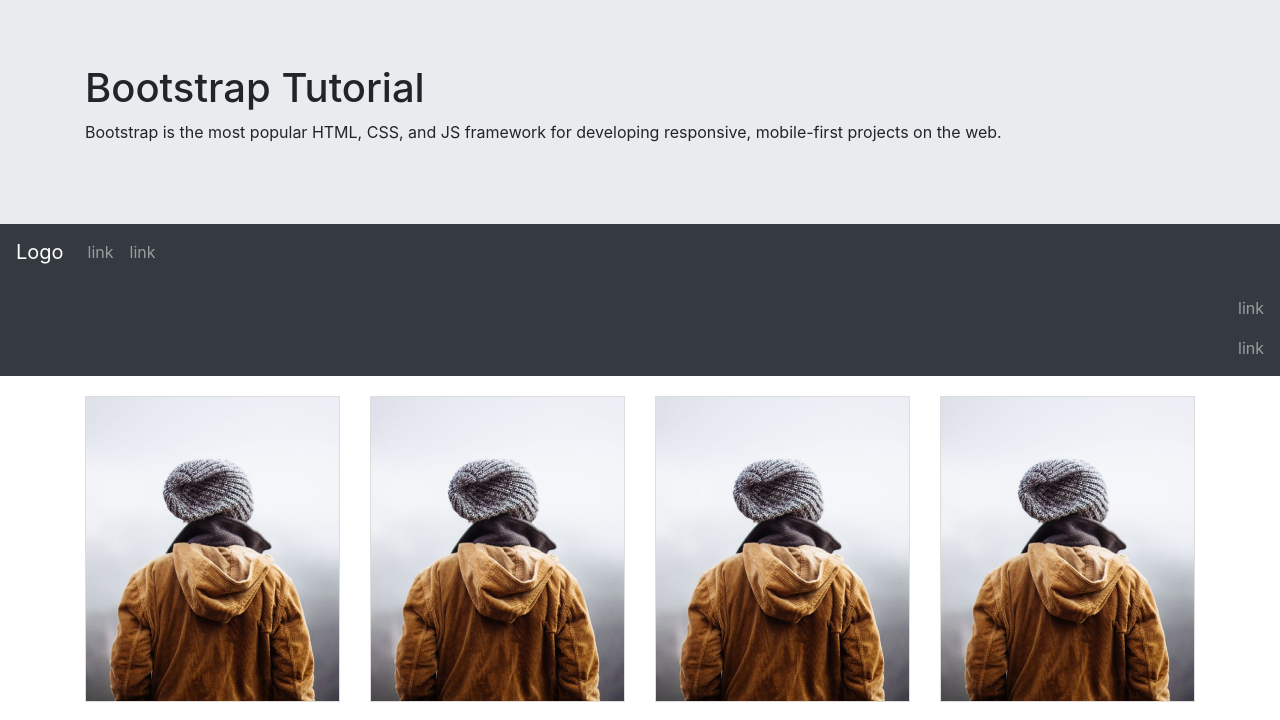
Repository: jwsimhj97/jwork_n
Page: JSPProject/WebContent/03-08/bootexam.html
An editor plug-in stored every save of this project. The page is shown before and after the next save, followed by the edit.
The browser window is 1280 px wide. The pictures show the whole page.

Above is the page before, as saved 2022-03-08 06:48:03.

### JSPProject/WebContent/03-08/bootexam.html
<!DOCTYPE html>
<html lang="en">
<head>
  <title>Bootstrap Example</title>
  <meta charset="utf-8">
  <meta name="viewport" content="width=device-width, initial-scale=1">
  <link rel="stylesheet" href="https://cdn.jsdelivr.net/npm/bootstrap@4.6.1/dist/css/bootstrap.min.css">
  <link rel="stylesheet" href="https://use.fontawesome.com/releases/v5.7.0/css/all.css" integrity="sha384-lZN37f5QGtY3VHgisS14W3ExzMWZxybE1SJSEsQp9S+oqd12jhcu+A56Ebc1zFSJ" crossorigin="anonymous">
  <script src="https://cdn.jsdelivr.net/npm/jquery@3.5.1/dist/jquery.slim.min.js"></script>
  <script src="https://cdn.jsdelivr.net/npm/popper.js@1.16.1/dist/umd/popper.min.js"></script>
  <script src="https://cdn.jsdelivr.net/npm/bootstrap@4.6.1/dist/js/bootstrap.bundle.min.js"></script>
  <style>
  	.jumbotron{margin-bottom:0px !important;}
  	img{width:100%; margin-top:20px; border:1px solid #ddd;}
  	.smNav {-webkit-justify-content: space-between !important; justify-content: space-between !important;}
  	.subNav{-webkit-justify-content: flex-end; justify-content: flex-end;}

  	/*lg사이즈 보다 작을 때(미만)*/
  	@media screen and (max-width:992px){
  		#lgNav{display:none;}
  		#smNav{visibility:visible;}
  		.jumbotron{display:none;}
  	}
  	/*lg사이즈 보다 클 때(이상)*/
  	@media screen and (min-width:992px){
  		#lgNav{visibility:visible;}
  		#smNav{display:none;}
  	}
  </style>
</head>
<body>

<div class="jumbotron jumbotron-fluid">
  <div class="container">
    <h1>Bootstrap Tutorial</h1>
    <p>Bootstrap is the most popular HTML, CSS, and JS framework for developing responsive, mobile-first projects on the web.</p>
  </div>
</div>

<div id="lgNav">
	<nav class="lgNav navbar navbar-expand-sm bg-dark navbar-dark sticky-top">
	  <a class="navbar-brand" href="#">Logo</a>
	  <ul class="navbar-nav">
	    <li class="nav-item">
	      <a class="nav-link" href="#">link</a>
	    </li>
	    <li class="nav-item">
	      <a class="nav-link" href="#">link</a>
	    </li>
	  </ul>
	</nav>
</div>

<div id="smNav">
	<nav class="smNav navbar navbar-expand-sm bg-dark navbar-dark sticky-top">
	  <a class="navbar-brand" href="#">Logo</a>
	  <ul class="navbar-nav">
	    <li class="nav-item">
	      <a class="nav-link" href="#"><i class="fas fa-bars"></i></a>
	    </li>
	  </ul>
	</nav>
</div>

<div id="subNav">
	<nav class="subNav navbar bg-dark navbar-dark">
	  <ul class="navbar-nav">
	    <li class="nav-item">
	      <a class="nav-link" href="#">link</a>
	    </li>
	    <li class="nav-item">
	      <a class="nav-link" href="#">link</a>
	    </li>
	  </ul>
	</nav>
</div>


<div class="container">
  <div class="row">
    <div class="col-sm-3"><img src="img/img_girl.jpg"></div>
    <div class="col-sm-3"><img src="img/img_girl.jpg"></div>
    <div class="col-sm-3"><img src="img/img_girl.jpg"></div>
    <div class="col-sm-3"><img src="img/img_girl.jpg"></div>
  </div>
</div>


</body>
</html>

After the next save:
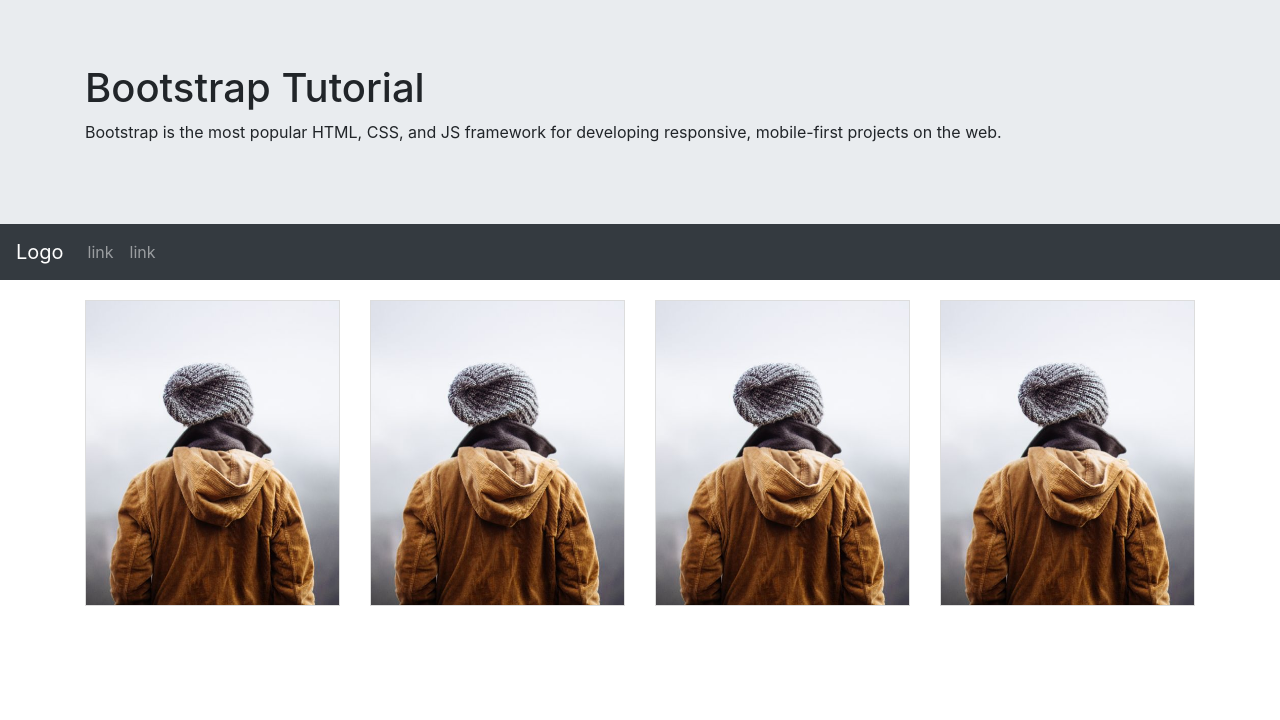
Saved 35 s later.
--- a/JSPProject/WebContent/03-08/bootexam.html
+++ b/JSPProject/WebContent/03-08/bootexam.html
@@ -25,6 +25,7 @@
   	@media screen and (min-width:992px){
   		#lgNav{visibility:visible;}
   		#smNav{display:none;}
+  		#subNav{display:none;}
   	}
   </style>
 </head>
